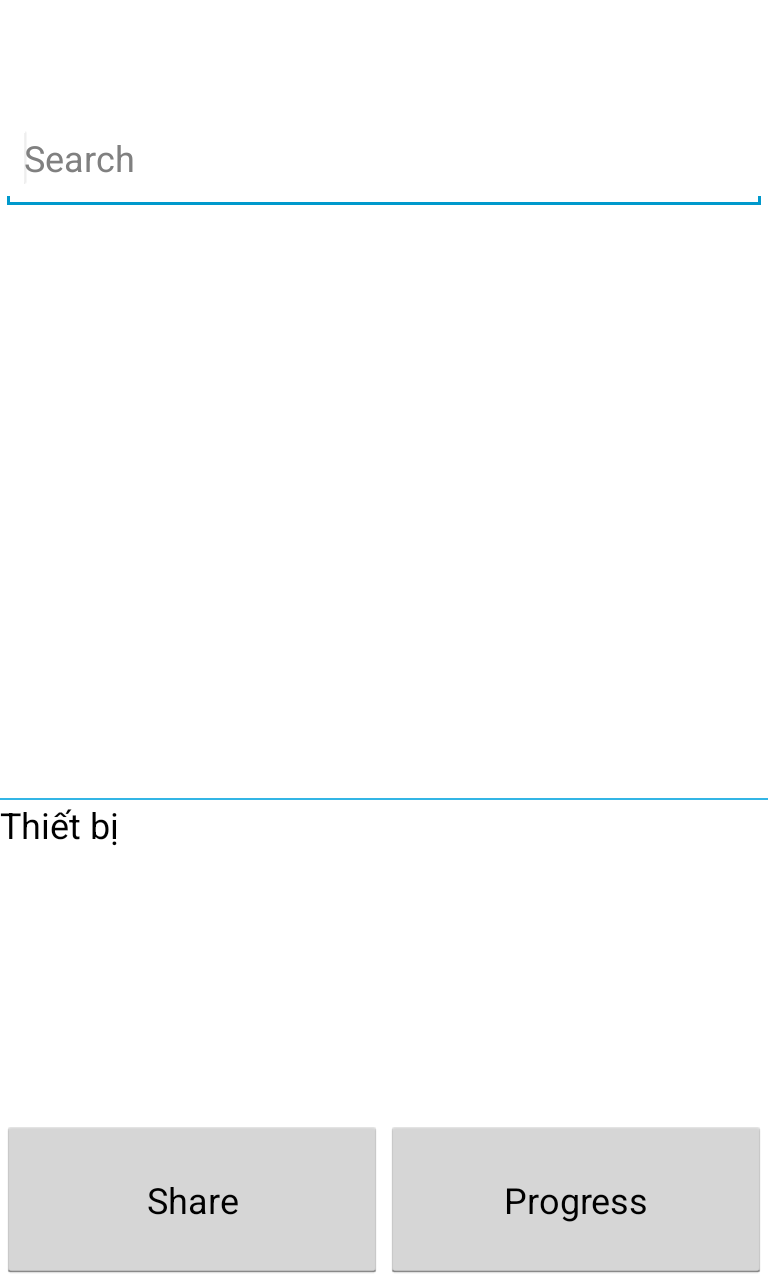
Repository: thinhnk55/android-appshare
Layout: ShareApp/res/layout/activity_main.xml
An editor plug-in stored every save of this project. The layout is shown before and after the next save, followed by the edit.
It is drawn on a 768 x 1280 px phone screen (xhdpi) without system bars, with theme AppTheme; the app's code is not run.

Above is the layout before, as saved 2014-07-17 15:23:15.

### ShareApp/res/layout/activity_main.xml
<RelativeLayout xmlns:android="http://schemas.android.com/apk/res/android"
    xmlns:tools="http://schemas.android.com/tools"
    android:layout_width="match_parent"
    android:layout_height="match_parent"
    tools:context=".MainActivity" >

    <TabHost
        android:id="@android:id/tabhost"
        android:layout_width="match_parent"
        android:layout_height="match_parent"
        android:layout_alignParentLeft="true"
        android:layout_alignParentTop="true" >

        <LinearLayout
            android:layout_width="match_parent"
            android:layout_height="match_parent"
            android:orientation="vertical"
            android:weightSum="120" >

            <TabWidget
                android:id="@android:id/tabs"
                android:layout_width="match_parent"
                android:layout_height="0dp"
                android:layout_weight="10" >
            </TabWidget>

            <AutoCompleteTextView
                android:id="@+id/autoCompleteTextView1"
                android:layout_width="match_parent"
                android:layout_height="0dp"
                android:layout_weight="10"
                android:ems="10"
                android:hint="Search" >

                <requestFocus
                    android:layout_width="wrap_content"
                    android:layout_height="wrap_content" />
            </AutoCompleteTextView>

            <FrameLayout
                android:id="@android:id/tabcontent"
                android:layout_width="match_parent"
                android:layout_height="0dp"
                android:layout_weight="55" >
            </FrameLayout>

            <View
                android:layout_width="match_parent"
                android:layout_height="1dp"
                android:background="@android:color/holo_blue_light" />

            <TextView
                android:id="@+id/textView1"
                android:layout_width="wrap_content"
                android:layout_height="0dp"
                android:layout_weight="5"
                android:text="Thiết bị"
                android:textAppearance="?android:attr/textAppearanceMedium" />

            <HorizontalScrollView
                android:id="@+id/horizontalScrollView1"
                android:layout_width="match_parent"
                android:layout_height="0dp"
                android:layout_weight="25" >

                <LinearLayout
                    android:layout_width="match_parent"
                    android:layout_height="match_parent"
                    android:orientation="horizontal" >
                </LinearLayout>
            </HorizontalScrollView>

            <LinearLayout
                android:layout_width="match_parent"
                android:layout_height="0dp"
                android:layout_weight="15"
                android:weightSum="20" >

                <Button
                    android:id="@+id/button2"
                    android:layout_width="0dp"
                    android:layout_height="match_parent"
                    android:layout_weight="10"
                    android:text="Share" />

                <Button
                    android:id="@+id/button3"
                    android:layout_width="0dp"
                    android:layout_height="match_parent"
                    android:layout_weight="10"
                    android:text="Progress" />
            </LinearLayout>
        </LinearLayout>
    </TabHost>

</RelativeLayout>

Loaded but not shown: ShareApp/res/values/styles.xml (common file); ShareApp/res/values-v11/styles.xml (common file); ShareApp/res/values-v14/styles.xml (common file)

After the next save:
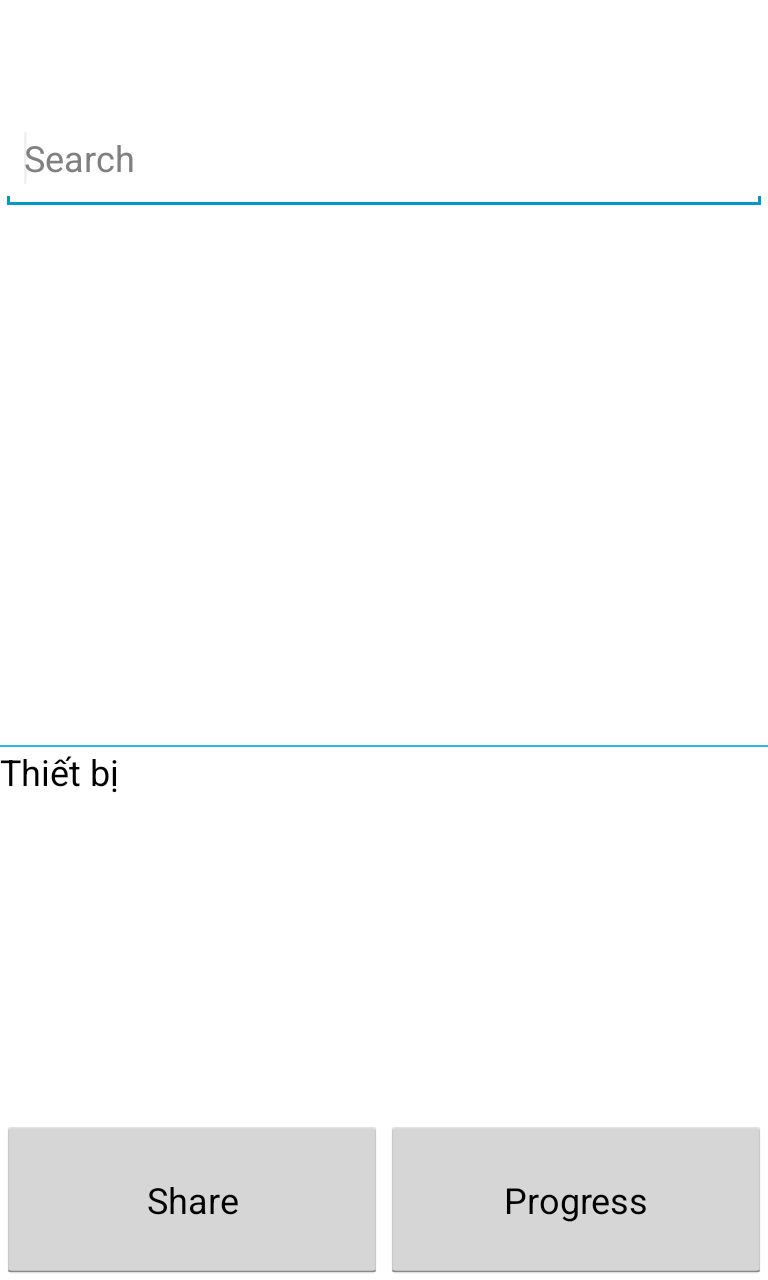
Saved 14 s later.
--- a/ShareApp/res/layout/activity_main.xml
+++ b/ShareApp/res/layout/activity_main.xml
@@ -41,7 +41,7 @@
                 android:id="@android:id/tabcontent"
                 android:layout_width="match_parent"
                 android:layout_height="0dp"
-                android:layout_weight="55" >
+                android:layout_weight="50" >
             </FrameLayout>
 
             <View
@@ -53,7 +53,7 @@
                 android:id="@+id/textView1"
                 android:layout_width="wrap_content"
                 android:layout_height="0dp"
-                android:layout_weight="5"
+                android:layout_weight="10"
                 android:text="Thiết bị"
                 android:textAppearance="?android:attr/textAppearanceMedium" />
 
